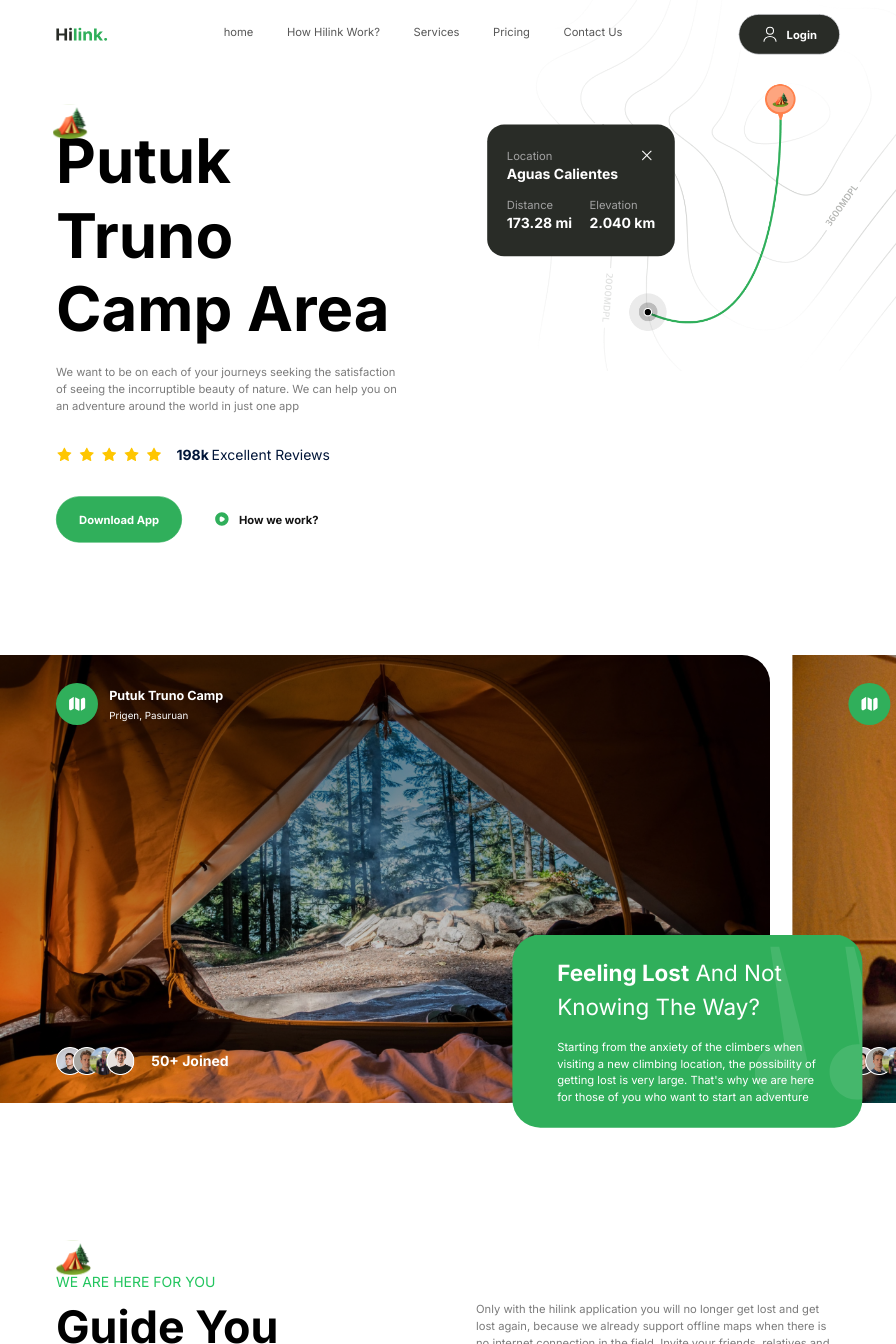
Repository: abdulrahmanmahmood/Travel-App
Page: /
The author's editor kept a copy of each file at every save. The page is drawn from the files as they stood at one save, then again after a run of saves.
The browser window is 1280 px wide. The pictures show the part of the page from y = 0 to 1920 px (the page is 4955 px tall), at 70% of full size.
The project was rebuilt for these pictures with package versions that can differ from the ones it lists, and the page was loaded fresh each time. The framework's server and built-in components were replaced by stand-ins that run in the browser. Also part of the build but not shown: next.config.js.

Above is the page before, as saved 2023-11-10 11:27:23.

### app/layout.tsx
import './globals.css'
import type { Metadata } from 'next';
import './globals.css'
import Navbar from '@/components/Navbar';
import Footer from '@/components/Footer';


export const metadata: Metadata = {
  title: 'Travel',
  description: 'Travel UI/UX App for camping',
}

export default function RootLayout({
  children,
}: {
  children: React.ReactNode
}) {
  return (
    <html lang="en">
      <body >
        <Navbar/>
        {children}
        <Footer/>
      </body>
    </html>
  )
}

### app/page.tsx
import Features from "@/components/Features"
import GetApp from "@/components/GetApp"
import Guide from "@/components/Guide"
import Hero from "@/components/Hero"
import Camp from "@/components/camp"

export default function Home() {
  return (
    <>
    <Hero/>
    <Camp/>
    <Guide/>
    <Features/>
    <GetApp/>
 </>
  )
}

### app/globals.css
@import url('https://fonts.googleapis.com/css2?family=Inter:wght@400;500;600;700;800&display=swap');

@tailwind base;
@tailwind components;
@tailwind utilities;

* {
  margin: 0;
  padding: 0;
  box-sizing: border-box;
}

body {
  font-family: Inter;
}

@layer utilities {
  .btn_white {
    @apply  border-white bg-white px-8 py-3 text-green-50
  }
  .btn_white_text  {
    @apply  border-white bg-white px-8 py-3 text-gray-90
  }
  .btn_green  {
    @apply  border-green-50 bg-green-50 px-8 py-5 text-white
  }
  .btn_dark_green {
    @apply  bg-green-90 px-8 py-4 text-white transition-all hover:bg-black
  }
  .btn_dark_green_outline  {
    @apply border-gray-20 bg-green-90 px-8 py-5 text-white
  }

  .max-container {
    @apply mx-auto max-w-[1440px];
  }

  .padding-container {
    @apply px-6 lg:px-20 3xl:px-0;
  }

  .flexCenter {
    @apply flex items-center justify-center;
  }

  .flexBetween {
    @apply flex items-center justify-between;
  }

  .flexStart {
    @apply flex items-center justify-start;
  }

  .flexEnd {
    @apply flex items-center justify-end;
  }

  /* FONTS */
  .regular-64 {
    @apply text-[64px] font-[400] leading-[120%];
  }

  .regular-40 {
    @apply text-[40px] font-[400] leading-[120%];
  }

  .regular-32 {
    @apply text-[32px] font-[400];
  }

  .regular-24 {
    @apply text-[24px] font-[400];
  }

  .regular-20 {
    @apply text-[20px] font-[400];
  }

  .regular-18 {
    @apply text-[18px] font-[400];
  }

  .regular-16 {
    @apply text-[16px] font-[400];
  }

  .regular-14 {
    @apply text-[14px] font-[400];
  }

  .medium-14 {
    @apply text-[14px] font-[600];
  }

  .bold-88 {
    @apply text-[88px] font-[700] leading-[120%];
  }

  .bold-64 {
    @apply text-[64px] font-[700] leading-[120%];
  }

  .bold-52 {
    @apply text-[52px] font-[700] leading-[120%];
  }

  .bold-40 {
    @apply text-[40px] font-[700] leading-[120%];
  }

  .bold-32 {
    @apply text-[32px] font-[700] leading-[120%];
  }

  .bold-20 {
    @apply text-[20px] font-[700];
  }

  .bold-18 {
    @apply text-[18px] font-[700];
  }

  .bold-16 {
    @apply text-[16px] font-[700];
  }

  /* Hero */
  .hero-map {
    @apply absolute right-0 top-0 h-screen w-screen bg-pattern-2 bg-cover bg-center md:w-[800px] md:-right-0 md:mt-[50px] xl:-top-60;
  }

  /* Camp */
  .camp-quote {
    @apply absolute -right-6 bottom-4 w-[140px] lg:bottom-10 xl:-right-8 xl:w-[186px] 3xl:right-0;
  }

  /* Feature */
  .feature-phone {
    @apply absolute top-[13%] z-10 hidden max-w-[1500px] rotate-[15deg] md:-left-16 lg:flex  3xl:left-20;
  }

  /* Get App */
  .get-app {
    @apply max-container relative flex w-full  flex-col justify-between gap-32 overflow-hidden bg-green-90 bg-pattern bg-cover bg-center bg-no-repeat px-6 py-12 text-white sm:flex-row sm:gap-12 sm:py-24 lg:px-20 xl:max-h-[598px] 2xl:rounded-5xl;
  }
}

/* Hide scrollbar for Chrome, Safari and Opera */
.hide-scrollbar::-webkit-scrollbar {
  display: none;
}

/* Hide scrollbar for IE, Edge and Firefox */
.hide-scrollbar {
  -ms-overflow-style: none; /* IE and Edge */
  scrollbar-width: none; /* Firefox */
}

### components/Navbar.tsx
import { NAV_LINKS } from "@/constants";
import Image from "next/image";
import Link from "next/link";
import Button from "./Button";

const Navbar = () => {
  return (
    <nav
      className=" flexBetween max-container padding-container relative z-30
    py-5"
    >
      <Link href="/">
        <Image src="/hilink-logo.svg" alt="logo" width={74} height={28} />
      </Link>


      <ul className="flex flex-row flex-wrap gap-5 lg:gap-12">
        {NAV_LINKS.map((link) => (
          <Link
            href={link.href}
            key={link.key}
            className="regular-16 text-gray-50 flexCenter cursor-pointer pb-1.5 transition-all hover:font-bold"
          >
            {link.label}
          </Link>
        ))}
      </ul>
      <div className="lg:flexCenter   ">
        <Button
          type="button"
          title="Login"
          icon="/user.svg"
          variant="btn_dark_green"
        />
      </div>
    </nav>
  );
};


export default Navbar;

### components/Footer.tsx
import { FOOTER_CONTACT_INFO, FOOTER_LINKS, SOCIALS } from "@/constants";
import Image from "next/image";
import Link from "next/link";
import React from "react";

const Footer = () => {
  return (
    <footer className="flexCenter mb-24 ">
      <div className="padding-container max-container flex w-full flex-col gap-14 ">
        <div className="flex flex-col items-start justify-center gap-[10%] md:flex-row ">
          <Link href="/" className="mb-10">
            <Image src="hilink-logo.svg" alt="logo" width={74} height={29} />
          </Link>
          <div className="flex flex-wrap gap-10 sm:justify-between md:flex-1">
            {FOOTER_LINKS.map((columns) => (
              <FooterColumn title={columns.title}>
                <ul className="regular-14 flex flex-col gap-4 text-gray-30">
                  {columns.links.map((link) => (
                    <Link href="/" key={link}>
                      {link}
                    </Link>
                  ))}
                </ul>
              </FooterColumn>
            ))}

            <div className="flex flex-col gap-5">
                    <FooterColumn title={FOOTER_CONTACT_INFO.title}>
                      {FOOTER_CONTACT_INFO.links.map((link)=>(
                        <Link href='/' key={link.label} className="flex gap-4 md:flex-col lg:flex-row">
                        <p className="whitespace-nowrap">
                          {link.label}:
                        </p>
                        <p className="medium-14 whitespace-nowrap text-blue-70">{link.value}</p>
                        </Link>
                      ))}
                    </FooterColumn>
            </div>
            <div className="flex flex-col gap-5 ">
                      <FooterColumn title={SOCIALS.title}>
                          <ul className="regular-14 flex gap-4 text-gray-30">
                            {SOCIALS.links.map((link)=>(
                              <Link href='link' key={link}>
                                <Image src={link} alt="logo" width={24} height={24}/>
                              </Link>
                            ))}
                          </ul>
                      </FooterColumn>
            </div>
          </div>
        </div>
        <div className="border bg-gray-20 "/>
        <p className="regular-14 w-full text-center text-gray-30">2023 Hilink | All rights reserved</p>
      </div>
    </footer>
  );
};
type FooterColumnProps = {
  title: string;
  children: React.ReactNode;
};

const FooterColumn = ({ title, children }: FooterColumnProps) => {
  return (
    <div className="flex flex-col gap-5 ">
      <h4 className="bold-18 whitespace-nowrap">{title}</h4>
      {children}
    </div>
  );
};

export default Footer;

### components/Features.tsx
import { FEATURES } from "@/constants";
import Image from "next/image";
import { title } from "process";

function Features() {
  return (
    <section className=" flex-col  flexCenter overflow-hidden bg-feature-bg bg-center bg-no-repeat py-24">
      <div className="flex max-container padding-container relative w-full justify-end">
        <div className="flex flex-1 lg:min-h-[900px]">
          <Image
            src="/phone.png"
            alt="phone"
            height={1000}
            width={440}
            className="feature-phone"
          />
        </div>
        <div className="z-20 flex w-full flex-col  lg:w-[60%]">
          <div className="relative ">
            <Image
              src="/camp.svg"
              alt="camp"
              width={50}
              height={50}
              className="absolute top-[-30px] left-[5px] w-10 lg:w-[50px]"
            />
            <h2 className="bold-40 lg:bold-64 -mt-1">Our Features</h2>
          </div>
          <ul className="mt-10 grid gap-10 md:grid-cols-2 lg:mt-20 lg:gap-20 ">
            {FEATURES.map((feature) => (
              <FeatureItem
                key={feature.title}
                icon={feature.icon}
                title={feature.title}
                description={feature.description}
              />
            ))}
          </ul>
        </div>
      </div>
    </section>
  );
}
type FeatureItem = {
  title: string;
  icon: string;
  description: string;
};

const FeatureItem = ({ title, icon, description }: FeatureItem) => {
  return(
  <li className="flex w-full flex-1 flex-col items-start">
    <div className="rounded-full p-4 lg:p-7 bg-green-50">
      <Image src={icon} alt="featureItemImage" width={28} height={28}/>
    </div>
    <h2 className="bold-20 lg:bold-32  mt-5 capitalize">{title}</h2>
    <p className="regular-16 mt-5 bg-white/80 text-gray-30 lg:mt-[30px] lg:bg-none">{description}</p>
  </li>)
};

export default Features;

### components/GetApp.tsx
import Image from "next/image";
import Button from "./Button";

function GetApp() {
  return (
    <section className="flexCenter w-full flex-col pb-[100px]">
      <div className="get-app">
        <div className=" z-20 flex w-full flex-1 flex-col items-start justify-center gap-12">
          <h2 className="bold-40 lg:bold-64 xl:max-w-[320px]">
            Get for free now!{" "}
          </h2>
          <p className="regular-16 text-gray-10">
            Available on iOS and Android
          </p>
          <div className="flex w-full flex-col gap-3 whitespace-nowrap xl:flex-row">
            <Button
              type="button"
              title="App Store"
              variant="btn_white"
              icon="/apple.svg"
              full
            />
            <Button
              type="button"
              title="Play Store "
              variant="btn_dark_green_outline"
              icon="/android.svg"
              full
            />
          </div>
        </div>
        <div className="flex flex-1 items-center justify-end">
          <Image src='/phones.png' alt="phones" width={550} height={870}/>
        </div>
      </div>
    </section>
  );
}

export default GetApp;

### components/Guide.tsx
import Image from "next/image";

function Guide() {
  return (
    <section className="flexCenter flex-col">
      <div className=" padding-container max-container w-full pb-24  ">
        <Image src="/camp.svg" alt="camp" width={50} height={50} />
        <p className="uppercase text-xl bold text-green-500 -mt-1 mb-3 ">
          WE ARE here FOR YOU
        </p>
        <div className="flex flex-wrap justify-between gap-5 lg:gap-10">
          <h2 className="capitalize  bold-40 lg:bold-64 xl:max-w-[390px]">
            Guide You to Easy Path
          </h2>
          <p className=" regular-16 text-gray-30 xl:max-w-[520px]">
            Only with the hilink application you will no longer get lost and get
            lost again, because we already support offline maps when there is no
            internet connection in the field. Invite your friends, relatives and
            friends to have fun in the wilderness through the valley and reach
            the top of the mountain
          </p>
        </div>
      </div>
      <div className=" flexCenter max-container relative w-full ">
        <Image
          src="/boat.png"
          alt="image"
          width={1440}
          height={580}
          className="w-full object-cover object-center 2xl:rounded-5"
        />
        <div className="absolute flex bg-white py-8 pl-5 pr-7 gap-3 rounded-3xl border shadow-md md:left-[5%] lg:top-20">
          <Image src='/meter.svg' alt="meter" width={15} height={158} className="h-full w-auto"/>
          <div className="flexBetween flex-col ">
            <div className="flex w-full flex-col">
              <div className="flexBetween w-full ">
                <p className="regular-16 text-gray-500">Destination</p>
                <p className="bold-16 text-green-50">48 min</p>
              </div>
              <p className="bold-20 mt-2 mb-2 ">Aguas Calientes</p>
            </div>
            <div className="flex w-full flex-col">
              <p className="regular-16 text-gray-500 mt-4">Start track</p>
              <h4 className="bold-20 mt-2 whitespace-nowrap">Wonorejo Pasuruan</h4>
            </div>
          I</div>
        </div>
      </div>
    </section>
  );
}

export default Guide;

### components/Hero.tsx
import Image from "next/image";
import Button from "./Button";

function Hero() {
  return (
    <section className="max-container padding-container flex flex-col gap-20 py-10 pb-32 md:gap-28 lg:py-20 xl:flex-row">
      {/* LEFT */}
      <div className="hero-map " />

      <div className="relative z-20 flex flex-1 flex-col xl:w-1/2">
        <Image
          src="/camp.svg"
          alt="camp"
          width={50}
          height={50}
          className="absolute left-[-5px] top-[-30px] w-10 lg:w-[50px]"
        />
        <h1 className="bold-52 lg:bold-88">Putuk Truno Camp Area</h1>
        <p className="regular-16 mt-6 text-gray-30 xl:max-w-[520px]">
          We want to be on each of your journeys seeking the satisfaction of
          seeing the incorruptible beauty of nature. We can help you on an
          adventure around the world in just one app
        </p>
        <div className="my-11 flex flex-wrap gap-5">
          <div className="flex items-center gap-2">
            {Array(5)
              .fill(1)
              .map((_, index) => (
                <Image
                  key={index}
                  src="/star.svg"
                  alt="star"
                  width={24}
                  height={24}
                />
              ))}
          </div>
          <p className="bold-16 lg:bold-20 text-blue-70">
            198k
            <span className="regular-16 lg:regular-20 ml-1 ">
              Excellent Reviews
            </span>
          </p>
        </div>
        <div className="flex flex-col w-full gap-3 sm:flex-row">
          <Button
            type={"button"}
            title={"Download App"}
            variant={"btn_green"}
          />
          <Button
            type={"button"}
            title={"How we work?"}
            variant={"btn_white_text"}
            icon="/play.svg"
          />
        </div>
      </div>

      <div className="relative flex flex-1 items-start ">
        <div className="relative z-20 w-[268px] flex-col gap-8 rounded-3xl bg-green-90 px-7 py-8">
          <div className="fle flex-col">
            <div className="flexBetween">
              <p className="regular-16 text-gray-20">Location</p>
              <Image src="/close.svg" alt="close" width={24} height={24} />
            </div>
            <p className="bold-20 text-white">Aguas Calientes</p>
          </div>

          <div className="flexBetween  pt-4">
            <div className="flex flex-col">
              <p className="regular-16 block text-gray-20">Distance</p>
              <p className="bold-20 text-white">173.28 mi</p>
            </div>
            <div className="flex flex-col">
              <p className="regular-16 block text-gray-20">Elevation</p>
              <p className="bold-20 text-white">2.040 km</p>
            </div>
          </div>
        </div>
      </div>
    </section>
  );
}

export default Hero;

### components/camp.tsx
import { PEOPLE_URL } from "@/constants";
import Image from "next/image";
import { type } from "os";

interface CampProps {
  backgroundImage: string;
  title: string;
  subtitle: string;
  peoplejoined: string;
}

const CampSite = ({
  backgroundImage,
  title,
  subtitle,
  peoplejoined,
}: CampProps) => {
  return (
    <div
      className={`h-full w-full min-w-[1100px] ${backgroundImage} bg-cover bg-no-repeat lg:rounded-r-5xl 2xl:rounded-5xl `}
    >
      <div className="flex h-full flex-col items-start justify-between p-6 lg:px-20 lg:py-10 ">
        <div className=" flexCenter gap-4">
          <div className="rounded-full bg-green-50 p-4">
            <Image src="/folded-map.svg" alt="folded" height={28} width={28} />
          </div>
          <div className="flex flex-col gap-1">
            <h4 className="bold-18 text-white">{title}</h4>
            <p className="regular-14 text-white">{subtitle}</p>
          </div>
        </div>
        <div className="flexCenter gap-6 ">
          <span className="flex -space-x-4 overflow-hidden">
            {PEOPLE_URL.map((url, index) => (
              <Image
                src={url}
                key={index}
                height={53}
                width={53}
                alt="alt"
                className="inline-block h-10 w-10 r-4"
              />
            ))}
          </span>
          <p className="bold-16 md:bold-20 text-white">{peoplejoined}</p>
        </div>
      </div>
    </div>
  );
};

function camp() {
  return (
    <section className=" 2xl:max-container relative flex flex-col py-10 lg-mb-10 lg:py-20 xl:mb-20">
      <div className="hide-scrollbar flex h-[340px] w-full items-start justify-start gap-8 overflow-x-auto lg:h[400px] xl:h-[640px]">
        <CampSite
          backgroundImage="bg-bg-img-1"
          title="Putuk Truno Camp"
          subtitle="Prigen, Pasuruan"
          peoplejoined="50+ Joined"
        />
        <CampSite
          backgroundImage="bg-bg-img-2"
          title="Mountain View Camp"
          subtitle="Somewhere in the Wilderness"
          peoplejoined="50+ Joined"
        />
      </div>

      <div className=" flexEnd  mt-10 px-6 lg:-mt-60 lg:mr-6 ">
        <div
          className="bg-green-50 p-8 lg:max-w-[500px] xl:max-[734px]
        xl:rounded-5xl xl:px-16 px:py-20 relative w-full overflow-hidden rounded-3xl "
        >
          <h2 className="regular-24 md:regular-32 2xl:regular-64 text-white capitalize">
            <strong>Feeling Lost</strong> And Not Knowing The Way?
          </h2>
          <p className="regular-14 xl:regular-16 mt-5 text-white">
            Starting from the anxiety of the climbers when visiting a new
            climbing location, the possibility of getting lost is very large.
            That's why we are here for those of you who want to start an
            adventure
          </p>
          <Image
            src="/quote.svg"
            alt="camp-2"
            width={186}
            height={219}
            className="camp-quote"
          />
        </div>
      </div>
    </section>
  );
}

export default camp;

### constants/index.ts
export const NAV_LINKS = [
  {href:"/", key:"home", label:"home"},
  { href: '/', key: 'how_hilink_work', label: 'How Hilink Work?' },
  { href: '/', key: 'services', label: 'Services' },
  { href: '/', key: 'pricing ', label: 'Pricing ' },
  { href: '/', key: 'contact_us', label: 'Contact Us' },
]

export const PEOPLE_URL = [
  '/person-1.png',
  '/person-2.png',
  '/acpc-modified (1).png',
  '/person-4.png',
];


export const FEATURES = [
  {
    title: 'Real maps can be offline',
    icon: '/map.svg',
    variant: 'green',
    description:
      'We provide a solution for you to be able to use our application when climbing, yes offline maps you can use at any time there is no signal at the location',
  },
  {
    title: 'Set an adventure schedule',
    icon: '/calendar.svg',
    variant: 'green',
    description:
      "Schedule an adventure with friends. On holidays, there are many interesting offers from Hilink. That way, there's no more discussion",
  },
  {
    title: 'Technology using augment reality',
    icon: '/tech.svg',
    variant: 'green',
    description:
      'Technology uses augmented reality as a guide to your hiking trail in the forest to the top of the mountain. Already supported by the latest technology without an internet connection',
  },
  {
    title: 'Many new locations every month',
    icon: '/location.svg',
    variant: 'orange',
    description:
      'Lots of new locations every month, because we have a worldwide community of climbers who share their best experiences with climbing',
  },
];


export const FOOTER_LINKS = [
  {
    title: 'Learn More',
    links: [
      'About Hilink',
      'Press Releases',
      'Environment',
      'Jobs',
      'Privacy Policy',
      'Contact Us',
    ],
  },
  {
    title: 'Our Community',
    links: ['Climbing xixixi', 'Hiking hilink', 'Hilink kinthill'],
  },
];

export const FOOTER_CONTACT_INFO = {
  title: 'Contact Us',
  links: [
    { label: 'Admin Officer', value: '123-456-7890' },
    { label: 'Email Officer', value: 'hilink@akinthil.com' },
  ],
};

export const SOCIALS = {
  title: 'Social',
  links: [
    '/facebook.svg',
    '/instagram.svg',
    '/twitter.svg',
    '/youtube.svg',
    '/wordpress.svg',
  ],
};

### components/Button.tsx
import Image from "next/image";

type ButtonProps = {
  type: "button" | "submit";
  title: string;
  icon?: string;
  variant: string;
  full?:boolean;
};

function Button({ type, title, icon, variant, full }: ButtonProps) {
  return (
    <button
      type={type}
      className={`flexCenter gap-3 rounded-full border ${variant} ${full && 'w-full'}`}
    >
      {icon && <Image src={icon} alt={title} width={24} height={24} />}
      <label className="bold-16 whitespace-nowrap cursor-pointer">{title}</label>
    </button>
  );
}

export default Button;

Loaded but not shown: tailwind.config.ts (common file)

After the next 5 saves:
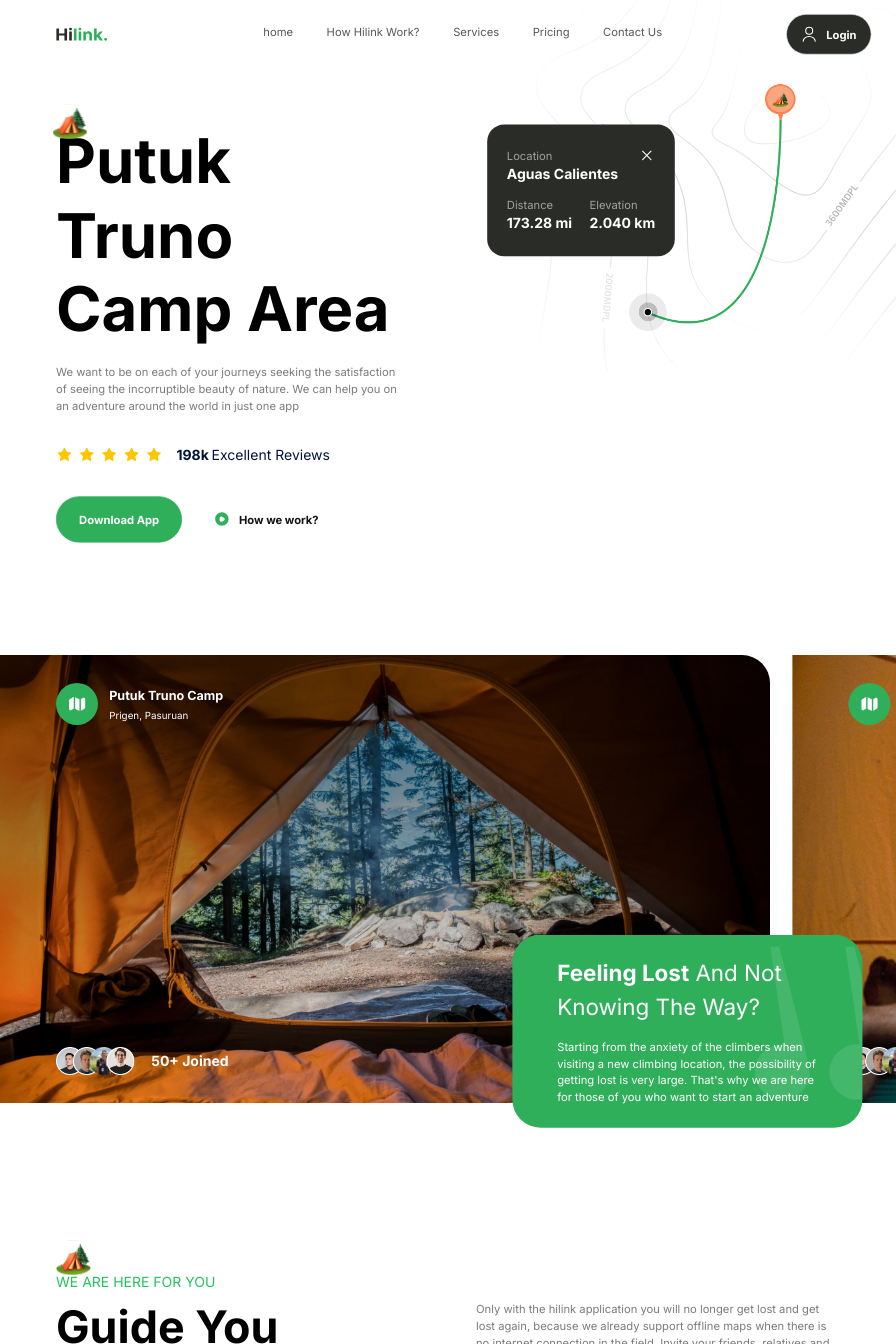
The 5 saves are shown as one change because they came seconds apart.
The last was saved 36 s later.
--- a/components/Navbar.tsx
+++ b/components/Navbar.tsx
@@ -25,7 +25,7 @@
           </Link>
         ))}
       </ul>
-      <div className="lg:flexCenter   ">
+      <div className="lg:flexCenter w-[32px]  ">
         <Button
           type="button"
           title="Login"
